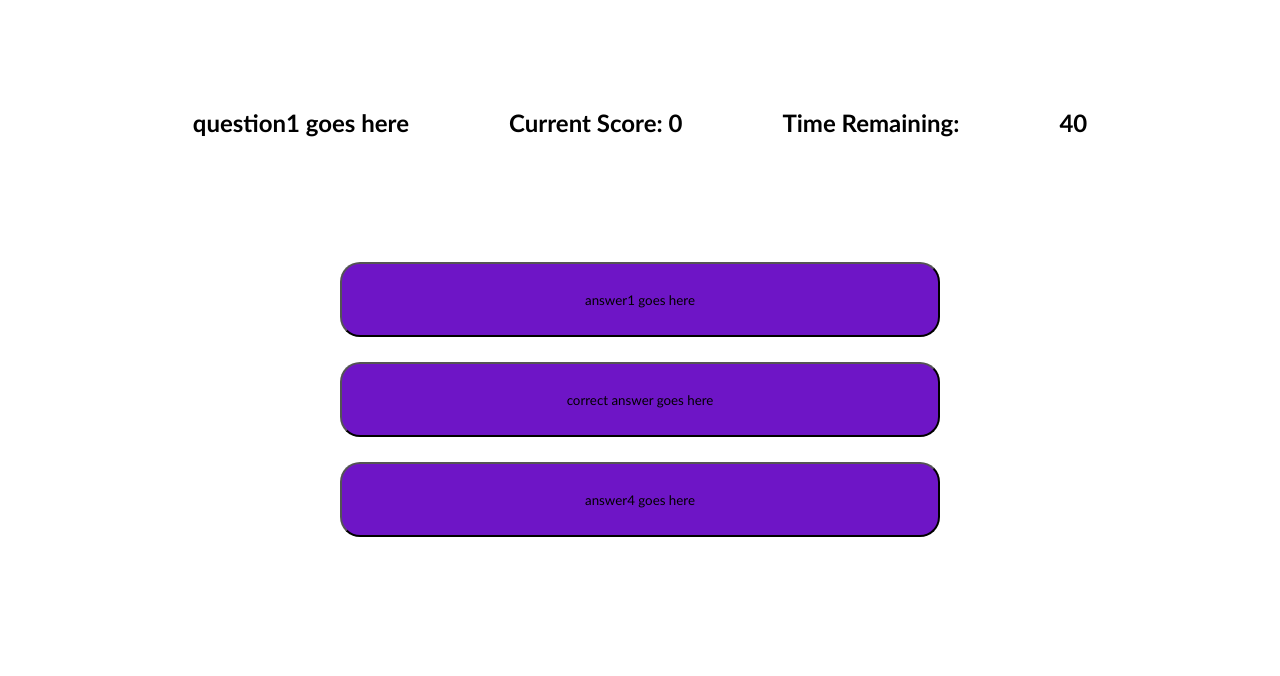
Repository: cobalt88/code-game
Page: assets/subpages/game.html
The author's editor kept a copy of each file at every save. The page is drawn from the files as they stood at one save, then again after the next save.
The browser window is 1280 px wide. The pictures show the whole page.
After loading, the first visible `#start` was clicked once.

Above is the page before, as saved 2022-03-18 16:31:49.

After the next save:
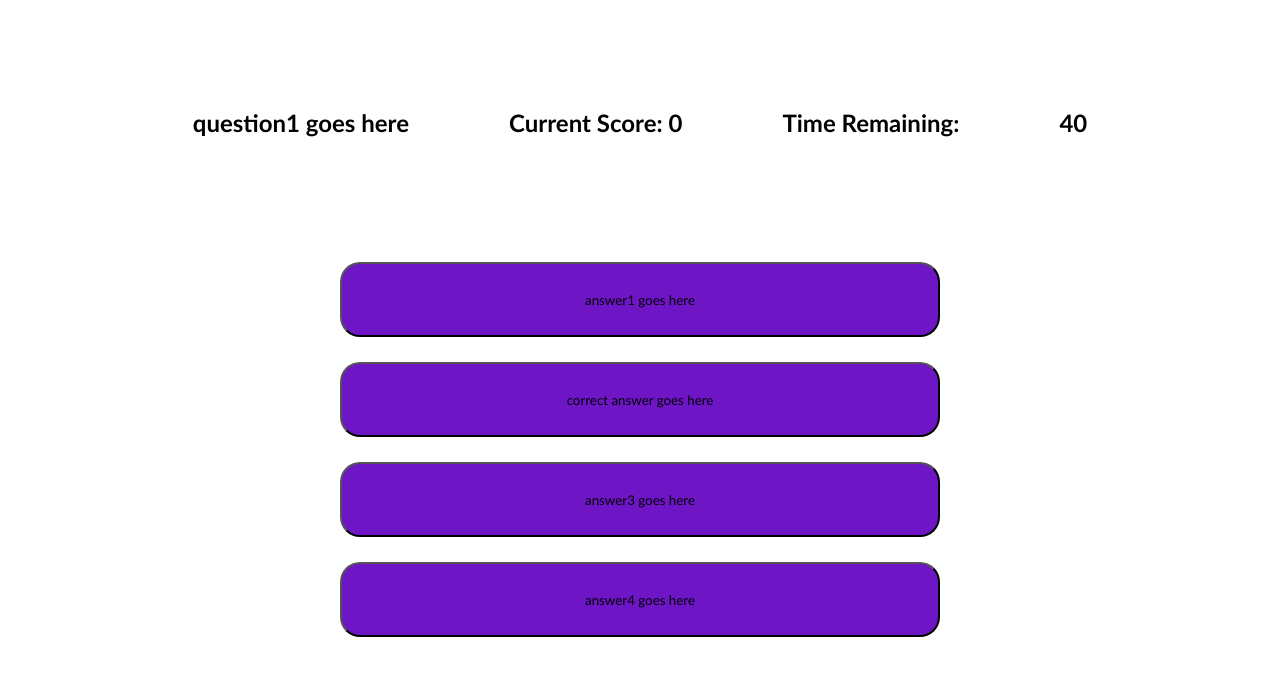
Saved 110 s later.
--- a/assets/js/game.js
+++ b/assets/js/game.js
@@ -150,7 +150,7 @@ function startQuiz() {
   startEl.setAttribute('style', 'display: none;');
   option1El.setAttribute('style', 'display: visible;');
   option2El.setAttribute('style', 'display: visible;');
-  option3El.setAttribute('st6yle', 'display: visible;');
+  option3El.setAttribute('style', 'display: visible;');
   option4El.setAttribute('style', 'display: visible;');
   scoreEl.setAttribute('style', 'display: visible;');
   timerEl.setAttribute('style', 'display: visible;');
